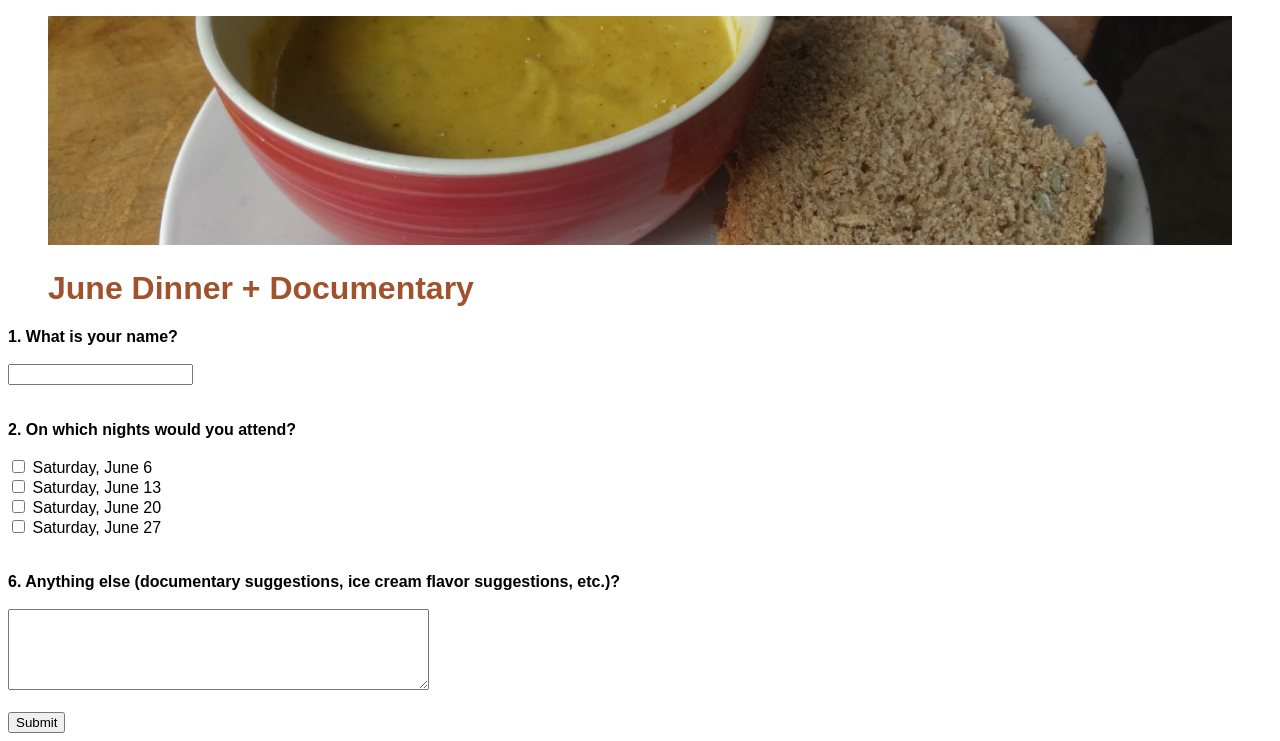
Repository: bhuhmann/event-survey
Page: survey.html
The author's editor kept a copy of each file at every save. The page is drawn from the files as they stood at one save, then again after the next save.
The browser window is 1280 px wide. The pictures show the whole page.

Above is the page before, as saved 2020-04-01 17:41:14.

### survey.html
<!DOCTYPE html>
<html>

    <head>
        <title>June Dinner + Documentary</title>
        <link href="style.css" rel="stylesheet" type="text/css">
    </head>

    <header>
        <figure>
            <img src="image/bread_soup_crop3.jpg" alt="Bread and soup" style="width:100%;">
            <h1>June Dinner + Documentary</h1>
        </figure>
    </header>

    <body>
        <!--TODO: form needs an action="" something, but I don't know how this works yet-->
        <form method="GET">
            <!--TODO: consider if further data validation would be useful-->
            <!--TODO: can I make automatic numbering happen so that I can easily reorder/add/remove questions?-->
            <!--TODO: make question font larger than answer font-->
            <label for="name" class="question">1. What is your name?</label>
            <br>
            <br>
            <input id="name" type="text" name="name" required>
            <br>
            <br>
            <br>
            <span class="question">2. On which nights would you attend?</span>
            <br>
            <br>
            <!--TODO: consider what date value should be for proper input into database-->
            <input id="june-6" type="checkbox" name="dates" value="Saturday, June 6">
            <label for="june-6">Saturday, June 6</label>
            <br>
            <input id="june-13" type="checkbox" name="dates" value="Saturday, June 13">
            <label for="june-13">Saturday, June 13</label>
            <br>
            <input id="june-20" type="checkbox" name="dates" value="Saturday, June 20">
            <label for="june-20">Saturday, June 20</label>
            <br>
            <input id="june-27" type="checkbox" name="dates" value="Saturday, June 27">
            <label for="june-27">Saturday, June 27</label>
            <br>
            <br>
            <!--The idea for the ranked-choice options is to do a drag-and-drop implementation similar to what
            Survey Monkey has currently. Specifically, when a person drags and drops an item, the numbers of
            all the items get initially set. Similar to the current implementation, the idea is that people
            can also use a dropdown to select a specific rank for any particular item. However, we should have some
            check for / enforced agreement between manually set rank and drag-and-drop rank. Additionally,
            unlike the current Survey Monkey implementation, we should allow for ties (maybe?) and allow for
            unranked items. For the actual vote tallying, Kevin suggests Condorcet.-->
            <!--Please rank the films in order of preference. Maybe drag and drop, probably requires JS?-->
            <!--Please rank the main dishes in order of preference. Maybe drag and drop, probably requires JS?-->
            <!--Please rank the ice cream flavors in order of preference. Maybe drag and drop, probably requires JS?-->
            <br>
            <label for="anything" class="question">6. Anything else (documentary suggestions, ice cream flavor suggestions, etc.)?</label>
            <br>
            <br>
            <textarea id="anything" name="free-response" rows="5" cols="50"></textarea>
            <br>
            <br>
            <input type="submit">
        </form>
    </body>

</html>

### style.css
h1 {
    color: sienna;
    font-family: Arial;
}

body {
    font-family: Arial;
}

.image {
    background-image: "banner_photo.jpg";
    background-size: cover;
    background-position: center;
    height: 300px;
  }

.question {
    font-size: 32;
    font-weight: bold;
}

After the next save:
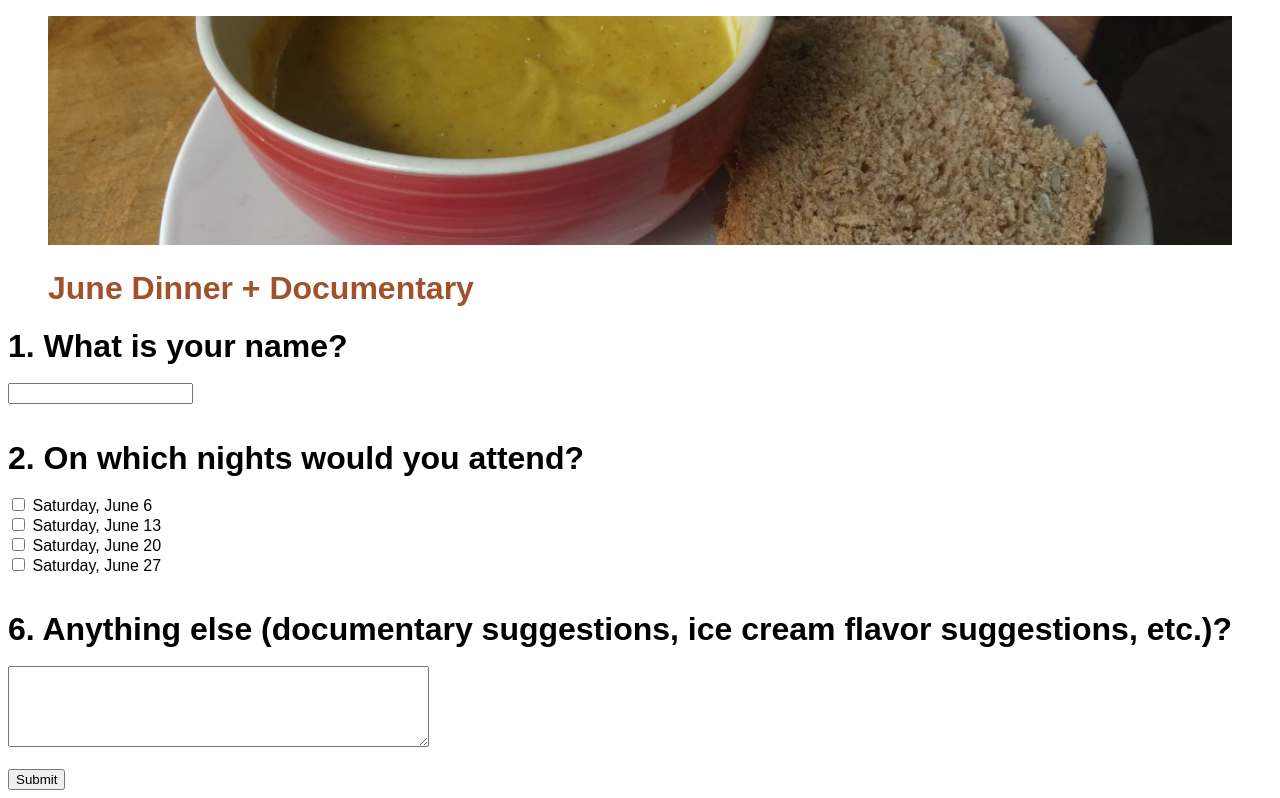
Saved 9 min 40 s later.
--- a/style.css
+++ b/style.css
@@ -15,6 +15,6 @@ body {
   }
 
 .question {
-    font-size: 32;
+    font-size: 32px;
     font-weight: bold;
 }
